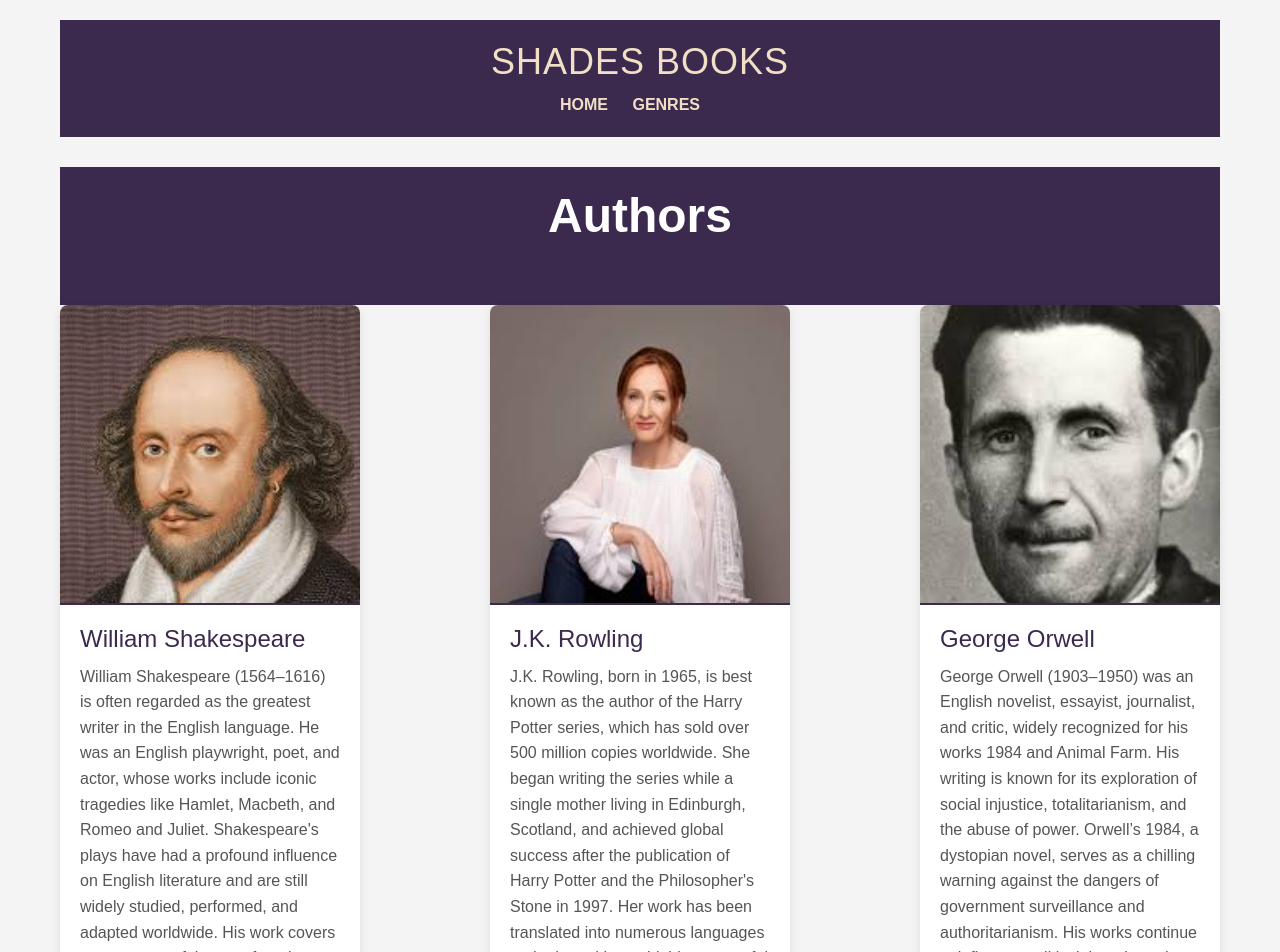
Repository: Harishsuresh-kumar/Library-Web
Page: WORK SITE/Authors.html
The author's editor kept a copy of each file at every save. The page is drawn from the files as they stood at one save, then again after a run of saves.
The browser window is 1280 px wide. The pictures show the part of the page from y = 0 to 952 px (the page is 2131 px tall before and 1705 px after).
A picture or video elsewhere on the page could not be fetched, so the positions and the page height are approximate.

Above is the page before, as saved 2024-11-07 01:02:38.

After the next 2 saves:
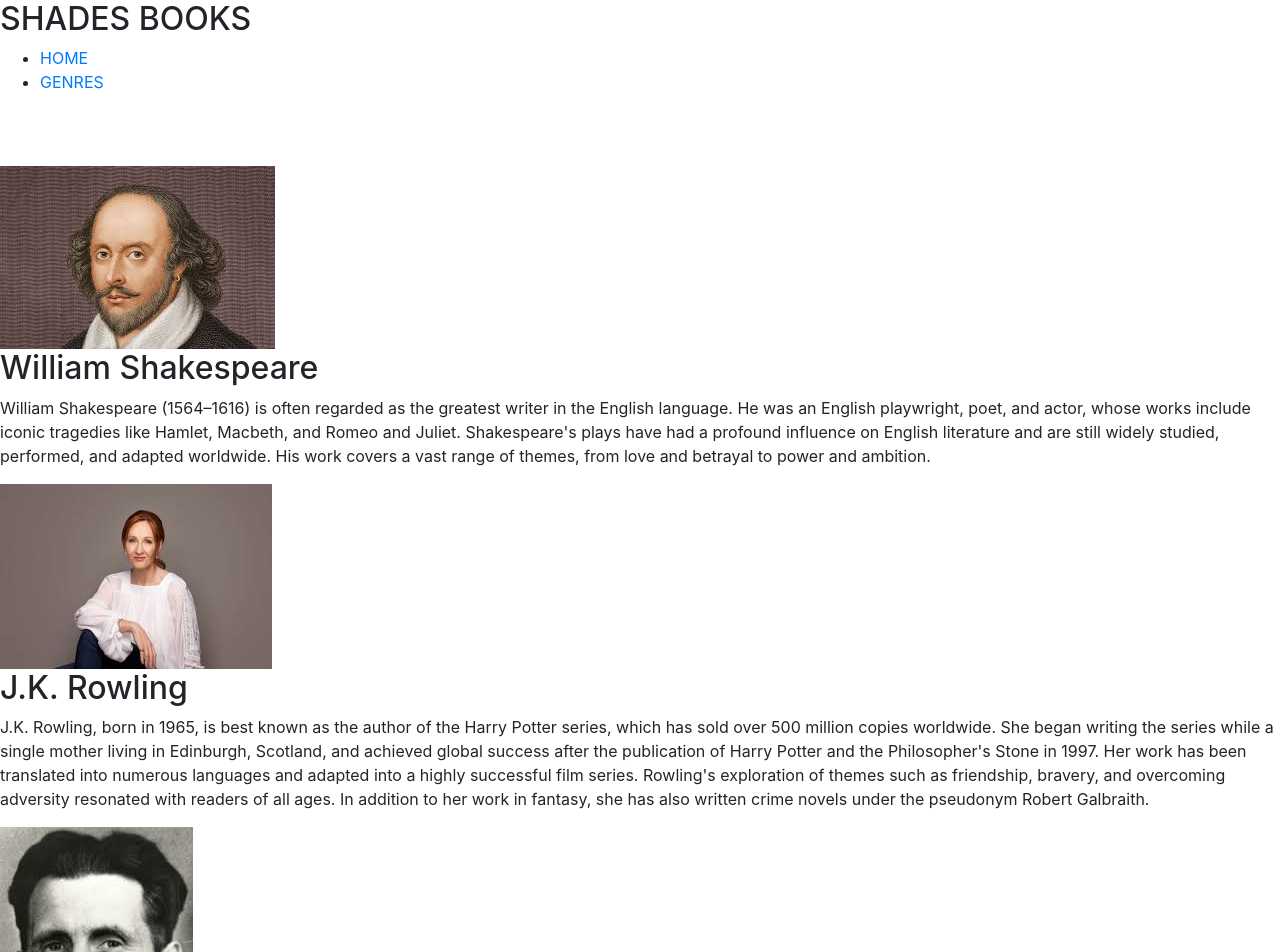
The 2 saves are shown as one change because they came seconds apart.
The last was saved 11 s later.
--- a/WORK SITE/Authors.html
+++ b/WORK SITE/Authors.html
@@ -5,7 +5,7 @@
     <meta name="viewport" content="width=device-width, initial-scale=1.0">
     <title>Authors - Endless Reading Vault</title>
     <link href="https://maxcdn.bootstrapcdn.com/bootstrap/4.5.2/css/bootstrap.min.css" rel="stylesheet">
-    <link href="rough.css" rel="stylesheet">
+    <link href="Authors.css" rel="stylesheet">
 </head>
 <body>
     <div class="wrapper">
